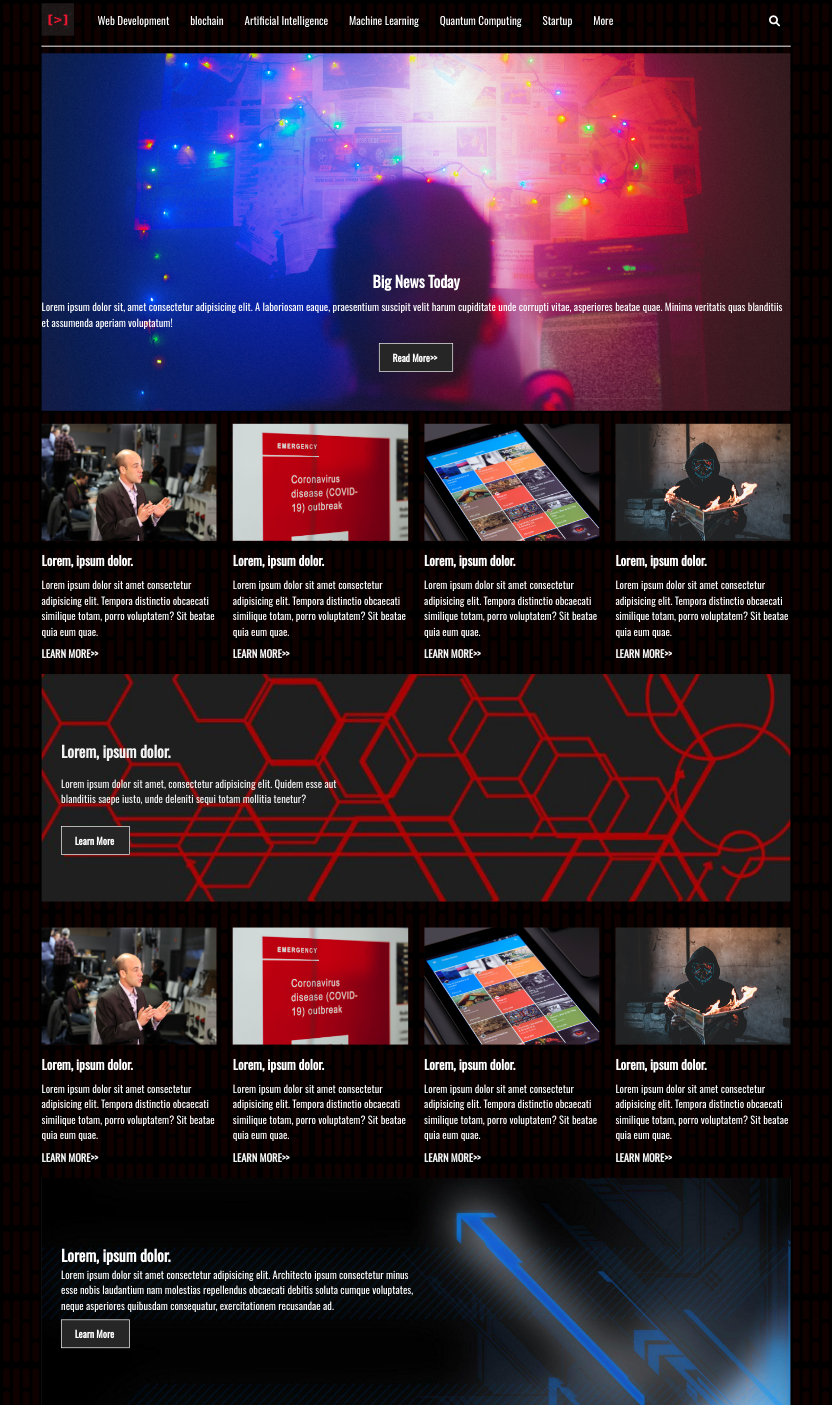
Repository: NickArregoces/News_Web
Page: index.html
An editor plug-in stored every save of this project. The page is shown before and after a run of saves, followed by the edit.
The browser window is 1280 px wide. The pictures show the whole page, at 65% of full size.

Above is the page before, as saved 2021-12-24 20:03:28.

### index.html
<!DOCTYPE html>
<html lang="en">
<head>
    <meta charset="UTF-8">
    <meta http-equiv="X-UA-Compatible" content="IE=edge">
    <meta name="viewport" content="width=device-width, initial-scale=1.0">
    <title>TechNews</title>
    <!--FONT AWESOME-->
    <link rel="stylesheet" href="https://cdnjs.cloudflare.com/ajax/libs/font-awesome/6.0.0-beta3/css/all.min.css">

    <link rel="stylesheet" href="style.Css">
    <!--Oswald FONTS-->
    <link rel="preconnect" href="https://fonts.googleapis.com">
<link rel="preconnect" href="https://fonts.gstatic.com" crossorigin>
<link href="https://fonts.googleapis.com/css2?family=Oswald:wght@200;300;400&display=swap" rel="stylesheet">
</head>
<body>

    <div class="container">

        <nav class ="nav-main">
            <img src="img/brand.png" alt="" class="nav-brand">

            <ul class="nav-menu">
                <li>
                    <a href="#">Web Development</a>
                </li>
                <li>
                    <a href="#">blochain</a>
                </li>
                <li>
                    <a href="#">Artificial Intelligence</a>
                </li>
                <li>
                    <a href="#">Machine Learning</a>
                </li>
                <li>
                    <a href="#">Quantum Computing</a>
                </li>
                <li>
                    <a href="#">Startup</a>
                </li>
                <li>
                    <a href="#">More</a>
                </li>
            </ul>
            <ul class="nav-menu-right">
                <li>
                    <a href="">
                        <i class="fas fa-search"></i>
                    </a>
                </li>
            </ul>
        </nav>
        <hr> <!--Crea una linea -->


        <!--Showcase=Imagen pricnipal-->
        <header class="showcase">
            <h2>Big News Today</h2>
            <p>Lorem ipsum dolor sit, amet consectetur adipisicing elit. A laboriosam eaque, praesentium suscipit velit harum cupiditate unde corrupti vitae, asperiores beatae quae. Minima veritatis quas blanditiis et assumenda aperiam voluptatum!</p>
        <!--lorem30 te crea 30 palabras-->
            <a class="btn" href="#">Read More>> <i class="fas fa-angles-double-right"></i></a>
        </header>

        <!--NEWS CARDS(COLUMNAS)-->
        <div class="news-cards">
            <div class="">
                <img src="img/news1.jpg" alt="News 1">
                <h3>Lorem, ipsum dolor.</h3>
                <p>Lorem ipsum dolor sit amet consectetur adipisicing elit. Tempora distinctio obcaecati similique totam, porro voluptatem? Sit beatae quia eum quae.</p>
                <a href="">Learn More>><i class="fas fa-amgle-dpuble-right"></i></a>
            </div>
            <div class="">
                <img src="img/news2.jpg" alt="News 2">
                <h3>Lorem, ipsum dolor.</h3>
                <p>Lorem ipsum dolor sit amet consectetur adipisicing elit. Tempora distinctio obcaecati similique totam, porro voluptatem? Sit beatae quia eum quae.</p>
                <a href="">Learn More>><i class fas fa-amgle-dpuble-right></i></a>
            </div>
            <div class="">
                <img src="img/news3.jpg" alt="News 3">
                <h3>Lorem, ipsum dolor.</h3>
                <p>Lorem ipsum dolor sit amet consectetur adipisicing elit. Tempora distinctio obcaecati similique totam, porro voluptatem? Sit beatae quia eum quae.</p>
                <a href="">Learn More>><i class="fas fa-amgle-dpuble-right" ></i></a>
            </div>
            <div class="">
                <img src="img/news4.jpg" alt="News 4">
                <h3>Lorem, ipsum dolor.</h3>
                <p>Lorem ipsum dolor sit amet consectetur adipisicing elit. Tempora distinctio obcaecati similique totam, porro voluptatem? Sit beatae quia eum quae.</p>
                <a href="">Learn More>><i class="fas fa-amgle-dpuble-right"></i></a>
            </div>
        </div>

        <div>

            <section class="cards-banner-one">
                <div class="content">
                    <h2>Lorem, ipsum dolor.</h2>
                    <p>Lorem ipsum dolor sit amet, consectetur adipisicing elit. Quidem esse aut blanditiis saepe iusto, unde deleniti sequi totam mollitia tenetur?</p>
                    <a href="#" class="btn">Learn More <i class="fas fa-amgle-dpuble-right"></i></a>
                </div>

            </section>

            <!--NEWS CARDS(COLUMNAS)-->
        <div class="news-cards">
            <div class="">
                <img src="img/news1.jpg" alt="News 1">
                <h3>Lorem, ipsum dolor.</h3>
                <p>Lorem ipsum dolor sit amet consectetur adipisicing elit. Tempora distinctio obcaecati similique totam, porro voluptatem? Sit beatae quia eum quae.</p>
                <a href="">Learn More>><i class="fas fa-amgle-dpuble-right"></i></a>
            </div>
            <div class="">
                <img src="img/news2.jpg" alt="News 2">
                <h3>Lorem, ipsum dolor.</h3>
                <p>Lorem ipsum dolor sit amet consectetur adipisicing elit. Tempora distinctio obcaecati similique totam, porro voluptatem? Sit beatae quia eum quae.</p>
                <a href="">Learn More>><i class fas fa-amgle-dpuble-right></i></a>
            </div>
            <div class="">
                <img src="img/news3.jpg" alt="News 3">
                <h3>Lorem, ipsum dolor.</h3>
                <p>Lorem ipsum dolor sit amet consectetur adipisicing elit. Tempora distinctio obcaecati similique totam, porro voluptatem? Sit beatae quia eum quae.</p>
                <a href="">Learn More>><i class="fas fa-amgle-dpuble-right" ></i></a>
            </div>
            <div class="">
                <img src="img/news4.jpg" alt="News 4">
                <h3>Lorem, ipsum dolor.</h3>
                <p>Lorem ipsum dolor sit amet consectetur adipisicing elit. Tempora distinctio obcaecati similique totam, porro voluptatem? Sit beatae quia eum quae.</p>
                <a href="">Learn More>><i class="fas fa-amgle-dpuble-right"></i></a>
            </div>
        </div>

        <section class="cards-banner-two">
            <div class="content">
                <h2>Lorem, ipsum dolor.</h2>
                <p>Lorem ipsum dolor sit amet consectetur adipisicing elit. Architecto ipsum consectetur minus esse nobis laudantium nam molestias repellendus obcaecati debitis soluta cumque voluptates, neque asperiores quibusdam consequatur, exercitationem recusandae ad.</p>
                <a href="#" class="btn">Learn More <i class="fas fa-angles-double-right"></i> </a>
            </div>


        </section>



        </div>

    </div>


</body>
</html>

### style.Css
*{
    box-sizing: border-box;
    margin: 0;
    padding: 0;
}

body{
    background:#000000;
    color:#ffff;
    background-color: #000000;
    background-image: url("data:[embedded picture, 663 characters]");
    color:#1e272e;
    font-size: 16px;
    font-family: 'Oswald', sans-serif;
}

a{
    color: #ffff;
    text-decoration: none;
}

ul{
    list-style: none;
}
.container{
    width: 90%;/*responsive*/
    margin: auto;
    color: #ffff;/*MIO*/
}
/*Navigation*/
.nav-main{
    font-size: 17px;
    display: flex;/*Elememnto al lado de otro*/
    justify-content: space-between;
    align-items: center;
    height: 60px;
    padding: 20px 0px;
}
.nav-brand{
    width: 50px;
}

/*Nav Left*/
.nav-main ul{
    display:flex;
}

.nav-main ul li{
    padding: 10px;
}

.nav-main ul li a{
    padding: 6px;
}

.nav-main ul li a:hover {
    border-bottom: 2px solid #ffffff;
}
.nav-main ul.nav-menu{
    flex:1;
    margin-left: 20px;
}

/*Showcase*/
hr{
    margin:10px 0px;
}
.showcase{
    width: 100%;
    height: 550px;
    /*Arreglar img */
    background: url(/img/showcase2.jpg) no-repeat center center/cover;
    padding-bottom: 50px;
    margin-bottom: 20px;/*Margen interna*/
    display:flex;
    flex-direction: column;
    align-items: center;/*centrar P*/
    justify-content: flex-end; /*p al final*/
}

.btn{
    cursor: pointer;
    display: inline-block;
    border: 0;
    font-weight: bold;
    padding: 10px 20px;
    background: #262626;
    color:#ffffff;
    font-size: 15px;
    border: 1px solid #ffff;
    margin:10px 0px;
}

.btn:hover{
    opacity: 0.7;
}

.showcase h2,
.showcase p{
    margin-bottom: 10px;
}

/*News CARS*/
.news-cards{
    display: grid;
    grid-template-columns: 1fr 1fr 1fr 1fr;/*4 columnas*/
    gap: 25px;/*espaciado card*/
    margin: 10px 0;
}

.news-cards img{
    width:100%;
    height:  180px;
}

.news-cards h3{
    font-size: 20px;
    margin:  10px 0;

}

.news-cards a{
    padding: 10px 0;
    color: #f2f2f2;
    text-transform: uppercase;
    display: inline-block;
    font-weight: bold;
}

.news-cards a:hover{
    text-decoration: underline; /*Line debajo*/
}

/*Cards-banner-one*/

.cards-banner-one {
    width: 100%;
    height: 350px;
    background: url(./img/tech-red.jpg) no-repeat center/cover;;
    margin-bottom: 40px;
}
.cards-banner-one .content{
    width: 40%;
    padding: 90px 0 0 30px;
    color: #f2f2f2;
}

.cards-banner-one p,
.cards-banner-one h2{
    margin: 10px 0 20px 0;
}

/*CARDS BANNER TWO*/

.cards-banner-two{
    background: url(./img/image-five.jpg) no-repeat center/cover;
    width: 100%;
    height: 350px;
}

.cards-banner-two .content{
    width: 50%;
    padding: 100px 0 0 30px;
}

After the next 5 saves:
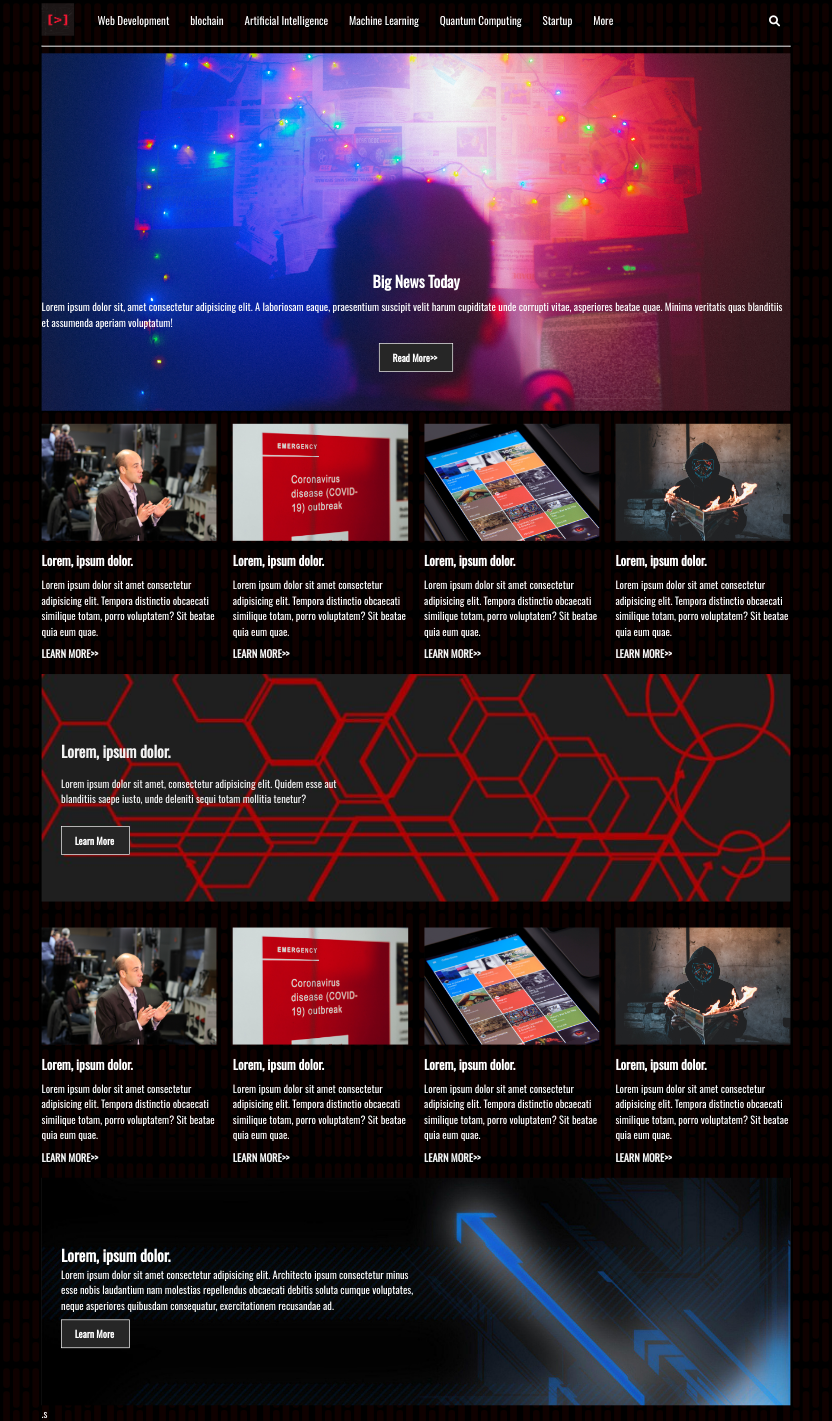
The 5 saves are shown as one change because they came seconds apart.
The last was saved 29 s later.
--- a/index.html
+++ b/index.html
@@ -136,8 +136,10 @@
                 <p>Lorem ipsum dolor sit amet consectetur adipisicing elit. Architecto ipsum consectetur minus esse nobis laudantium nam molestias repellendus obcaecati debitis soluta cumque voluptates, neque asperiores quibusdam consequatur, exercitationem recusandae ad.</p>
                 <a href="#" class="btn">Learn More <i class="fas fa-angles-double-right"></i> </a>
             </div>
+        </section>
 
-
+        <section>
+            .s
         </section>
 
 

After the save that followed:
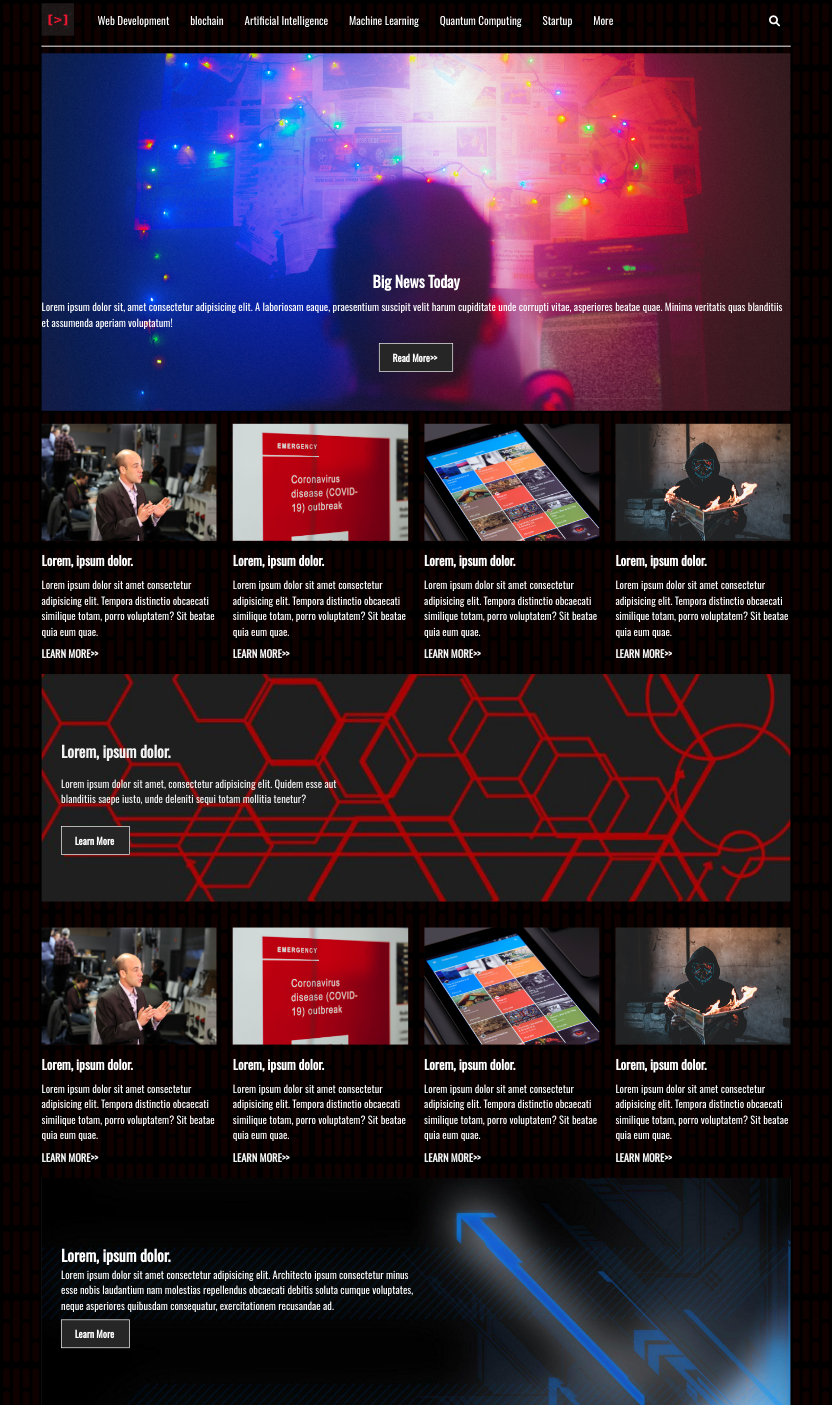
Saved 6 s later.
--- a/index.html
+++ b/index.html
@@ -139,7 +139,7 @@
         </section>
 
         <section>
-            .s
+            <div class="social"></div>
         </section>
 
 
